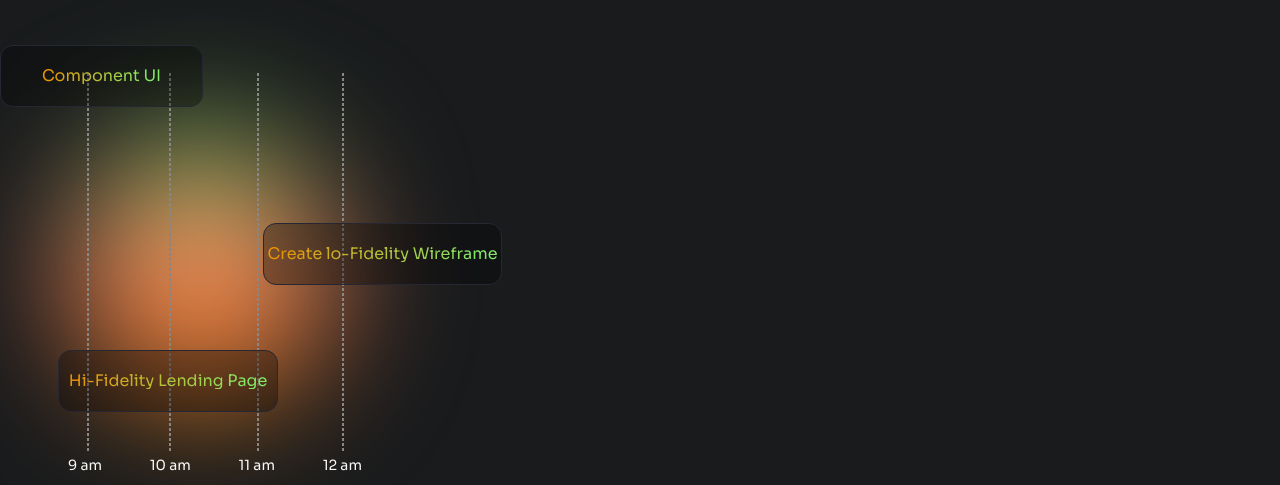
Repository: anhthiethumg/Task_Managerment_Website
Page: index.html
These files come from the project's save history. The page is drawn as it stood at one moment and after the next save; the edit follows.
The browser window is 1280 px wide. The pictures show the part of the page from y = 2400 to 2885 px (the page is 2885 px tall).
A picture or video elsewhere on the page could not be fetched, so the positions and the page height are approximate.

Above is the page before, as saved 2023-07-31 08:55:28.

### index.html
<!DOCTYPE html>
<html lang="en">
  <head>
    <meta charset="UTF-8" />
    <meta name="viewport" content="width=device-width, initial-scale=1.0" />
    <title>Task Managerment Website</title>
    <!-- Reset Css -->
    <link rel="stylesheet" href="./assets/css/reset.css" />

    <!-- CSS -->
    <link rel="stylesheet" href="./assets/css/styles.css" />

    <!-- Embed Font-->

    <link rel="preconnect" href="https://fonts.googleapis.com" />
    <link rel="preconnect" href="https://fonts.gstatic.com" crossorigin />
    <link
      href="https://fonts.googleapis.com/css2?family=Sora:wght@400;600;700;800&display=swap"
      rel="stylesheet"
    />
  </head>
  <body>
    <!-- Header -->
    <section class="header">
      <div class="container">
        <navbar class="row nav">
          <img src="./assets/image/logo.svg" alt="Task." />
          <div class="nav-list">
            <a class="nav-item" href="#!">Home</a>
            <a class="nav-item" href="#!">Products</a>
            <a class="nav-item" href="#!">Guidlines</a>
            <a class="nav-item" href="#!">Guidlines</a>
          </div>
          <button class="btn nav-btn">Sign In</button>
        </navbar>
        <section class="hero">
          <div class="row hero__content">
            <div class="stacked-circles">
              <div class="circles"></div>
              <div class="circles"></div>
              <div class="circles"></div>
              <div class="circles"></div>
            </div>
            <div class="hero--content__heading">
              <h1 class="hero__heading">
                Make <span class="heading__liner">Management</span> Way More
                Easier Than Ever
              </h1>
              <p class="hero__desc section-desc">
                The online collaborative management platform to bring more
                efficiency and performace
              </p>
              <div class="hero-btn row">
                <button type="button" class="btn hero__btn">
                  Request Demo
                </button>
                <button type="button" class="btn hero__btn">Contact Us</button>
              </div>
            </div>
            <div class="stacked-circles">
              <div class="circles"></div>
              <div class="circles"></div>
              <div class="circles"></div>
              <div class="circles"></div>
            </div>
          </div>
          <section class="task-manager row">
            <sidebar class="sidebar">
              <div class="row sidebar__header">
                <img
                  src="./assets/icons/icon-sidebar.svg"
                  alt="icon-sidebar"
                  class="icon__sidebar"
                />
                <img
                  src="./assets/icons/dashboard-icon.svg"
                  alt="dashboard-icon"
                  class="dashboard-icon"
                />
                <h4 class="sidebar__heading">Dashboard</h4>
              </div>
              <div class="sidebar__list">
                <h4 class="sidebar__list--heading">Collections</h4>
                <div class="sidebar__list--item">
                  <h5 class="sidebar__item--content">School</h5>
                </div>
                <div class="sidebar__list--item">
                  <h5 class="sidebar__item--content">Personal</h5>
                </div>
              </div>
            </sidebar>
            <section class="task-manager__section">
              <div class="task__header row">
                <img src="./assets/icons/school.png" alt="Back" class="back" />
                <img
                  src="./assets/icons/contact us icon.png"
                  alt="Contact"
                  class="contact-us"
                />
              </div>
              <div class="task__content row">
                <div class="list--work">
                  <div class="list-sort">Sort</div>
                  <div class="work--item">Finish the Easay collaboration</div>
                  <div class="work--item">Do the math for next monday</div>
                  <div class="work--item">
                    Read the next chapter of the book
                  </div>
                  <div class="work--item">
                    Send the collabaration files to jerusha
                  </div>
                  <div class="work--item">
                    Finish the powerpoint presentation
                  </div>
                  <div class="work--item">Add task</div>
                </div>
                <div class="daily-task">
                  <div class="dailytask__heading">Daily task.</div>
                  <img
                    class="dailytask__img"
                    src="./assets/image/Rectangle 50.png"
                    alt="Daily task"
                  />
                </div>
              </div>
              <div class="card">
                <div class="card__heading">Collections</div>
                <div class="card__list">
                  <div class="card__item">
                    <div class="card__item--icon"></div>
                    <div class="card__item--content">
                      <h4 class="card__item--title">School</h4>
                      <p class="card__item--desc">4 task plus tomorrow.</p>
                    </div>
                  </div>
                  <div class="card__item">
                    <div class="card__item--icon"></div>
                    <div class="card__item--content">
                      <h4 class="card__item--title">Personal</h4>
                      <p class="card__item--desc">1 task plus today.</p>
                    </div>
                  </div>
                  <div class="card__item">
                    <div class="card__item--icon"></div>
                    <div class="card__item--content">
                      <h4 class="card__item--title">Design</h4>
                      <p class="card__item--desc">3 task plus rewt week.</p>
                    </div>
                  </div>
                </div>
              </div>
            </section>
          </section>
        </section>
      </div>
    </section>

    <!-- Main -->
    <main class="main">
      <div class="container">
        <!-- Services -->
        <section class="services">
          <div class="services__icon--list">
            <div class="services__icon--bg">
              <img
                src="./assets/icons/report.png"
                alt="Report"
                class="services__icon"
              />
            </div>
            <img src="./assets/icons/dash line-1.svg" alt="dash-line" />
            <div class="services__icon--bg">
              <img
                src="./assets/icons/server.png"
                alt="Server"
                class="services__icon"
              />
            </div>

            <img src="./assets/icons/dash line-1.svg" alt="dash-line" />
            <div class="services__icon--bg">
              <img
                src="./assets/icons/support.png"
                alt="Support"
                class="services__icon"
              />
            </div>
          </div>
          <div class="services__list row">
            <div class="services__items">
              <h3 class="services__heading">Structured Reports</h3>
              <p class="services__desc">
                Sed rhoncus sit sed tellus donec lorem lectus nunc, ornare
              </p>
            </div>
            <div class="services__items">
              <h3 class="services__heading">Cloud System</h3>
              <p class="services__desc">
                Sed rhoncus sit sed tellus donec lorem lectus nunc, ornare
              </p>
            </div>
            <div class="services__items">
              <h3 class="services__heading">24/7 Support</h3>
              <p class="services__desc">
                Sed rhoncus sit sed tellus donec lorem lectus nunc, ornare
              </p>
            </div>
          </div>
        </section>

        <!-- Static -->

        <section class="static row">
          <section class="static__content">
            <h2 class="static__heading section__heading">
              Okay, <span class="heading__liner">Let’s</span> see D’task in
              numbers
            </h2>
            <p class="static__desc section__desc">
              Powering a productive team means using a powerful tool (and plenty
              of snacks). From meetings and projects to events and goal setting,
              D'taak intuitive features give any team the ability to quickly set
              up and customize workflows for just about anything
            </p>
            <div class="static__dot row">
              <div class="dot"></div>
              <div class="dot"></div>
              <div class="dot"></div>
            </div>
            <div class="static__list row">
              <div class="static__item">
                <div class="static--item__number">12M</div>
                <div class="static--item__title">Support</div>
              </div>
              <div class="static__item">
                <div class="static--item__number">16</div>
                <div class="static--item__title">Active User</div>
              </div>
              <div class="static__item">
                <div class="static--item__number">7/24</div>
                <div class="static--item__title">Languages</div>
              </div>
            </div>
          </section>
          <div class="static__media">
            <img
              class="static--media__bg"
              src="./assets/image/static_background.svg"
              alt="background"
            />
            <div class="dash-shape"></div>
            <div class="dash-shape"></div>
            <div class="dash-shape"></div>
            <div class="dash-shape"></div>
            <!-- <div class="static--media__item row">
              <h3 class="static--media__title ">
                <span class="heading__liner">Online Support</span>
              </h3>
              <img class="static--media__icons" src = "./assets/icons/video-button.svg"/>
            </div>
            <div class="static--media__item row">
              <h3 class="static--media__title ">
                <span class="heading__liner">Exercitation</span>
              </h3>
              <img class="static--media__icons" src = "./assets/icons/Exercitation-icon.svg"/>
            </div>
            <div class="static--media__item row">
              <h3 class="static--media__title ">
                <span class="heading__liner">D’ task</span>
              </h3>
              <img class="static--media__icons" src = "./assets/icons/video-button.svg"/>
            </div>
            <div class="static--media__item row">
              <h3 class="static--media__title ">
                <span class="heading__liner">Design</span>
              </h3>
              <img class="static--media__icons" src = "./assets/icons/video-button.svg"/>
            </div> -->
          </div>
        </section>
      </div>
      <!-- Features -->
      <section class="features">
        <div class="container row">
          <div class="feature__meida">
            <div class="shape--blur"></div>
            <div class = "block--line">
              <div class="dash--line">
                <div class="line"></div>
                <div class="dash-line__content">
                  9 am
                </div>
              </div>
              <div class="dash--line">
                <div class="line"></div>
                <div class="dash-line__content">
                  10 am
                </div>
              </div>
              <div class="dash--line">
                <div class="line"></div>
                <div class="dash-line__content">
                  11 am
                </div>
              </div>
              <div class="dash--line">
                <div class="line"></div>
                <div class="dash-line__content">
                  12 am
                </div>
              </div>
            </div>
            <div class = "feature--btn">
              <div class="feature__btn btn">
                <span class="heading__liner">
                  Component UI
                </span>
              </div>
              <div class="feature__btn btn">
                <span class="heading__liner">
                  Create lo-Fidelity Wireframe
                </span>
              </div>
              <div class="feature__btn btn">
                <span class="heading__liner">
                  Hi-Fidelity Lending Page
                </span>
              </div>
            </div>
          </div>
          <div class="feature__content"></div>
        </div>
      </section>
    </main>
  </body>
</html>

### assets/css/styles.css
* {
  box-sizing: border-box;
}

html {
  font-size: 62.5%;
}

:root {
  color: var(--text-color-gray-2, #282c30);
  color: var(--text-color-white, #f9f9f9);
  color: var(
    --primary-color-leniar-color,
    linear-gradient(90deg, #eb9204 1.67%, #83e868 89.99%)
  );
  color: var(--primary-color-background, #131517);
  color: var(--text-color-dark-blue, #272633);
}

body {
  font-size: 1.6rem;
  font-family: "Sora", sans-serif;
  background: var(--primary-color-background, #131517);
}

/* Common */

a {
  text-decoration: none;
}

.container {
  width: 1144px;
  margin: 0 auto;
}

.row {
  display: flex;
}

.btn {
  width: 110px;
  height: 40px;
  border-radius: 8px;
  border: 1px solid var(--text-color-dark-blue, #272633);
  background: #131517;
  text-align: center;
}

.section__desc {
  color: var(--text-color-gray-1, #858b93);
  text-align: center;
  font-size: 1.6rem;
  font-weight: 400;
  line-height: 1.625;
}

.section__heading {
  color: var(--text-color-white, #f9f9f9);
  font-size: 4rem;
  font-weight: 600;
}
/* Header */

.header {
  margin-top: 40px;
  margin-bottom: 140px;
  padding-top: 10px;
}

/* Navbar */

.nav {
  justify-content: space-between;
  align-items: center;
  height: 40px;
  margin-bottom: 157px;
}

.nav-item {
  margin-right: 36px;
  color: var(--text-color-gray-1, #858b93);
  font-size: 1.6rem;
  font-weight: 400;
  line-height: 1.5;
}

.nav-item:hover {
  color: var(--text-color-white, #f9f9f9);
  text-decoration: underline;
}

.nav-btn {
  background: var(
    --primary-color-leniar-color,
    linear-gradient(90deg, #eb9204 1.67%, #83e868 89.99%)
  );
  background-clip: text;
  -webkit-background-clip: text;
  -webkit-text-fill-color: transparent;
  font-size: 1.6rem;
  font-weight: 400;
  line-height: 1.5;
}

/* hero-content */
.hero__content {
  padding: 0 25px;
  justify-content: space-between;
}
.hero__heading {
  margin: 0 auto 34px;
  width: 783px;
  color: var(--text-color-white, #f9f9f9);
  text-align: center;
  font-size: 6rem;
  font-weight: 700;
  line-height: 1.17;
}

.heading__liner {
  background: var(
    --primary-color-leniar-color,
    linear-gradient(90deg, #eb9204 1.67%, #83e868 89.99%)
  );
  background-clip: text;
  -webkit-background-clip: text;
  -webkit-text-fill-color: transparent;
}

.hero__desc {
  width: 447px;
  margin: 0 auto 44px;
}

.hero-btn {
  justify-content: center;
  gap: 30px;
}

.hero__btn {
  margin-bottom: 111px;
  width: 199px;
  height: 54px;
  color: var(--text-color-white, #f9f9f9);
  font-size: 1.6rem;
  font-weight: 400;
  line-height: 1.625;
}

.hero__btn:hover {
  background: var(
    --primary-color-leniar-color,
    linear-gradient(90deg, #eb9204 1.67%, #83e868 89.99%)
  );
}

/* hero circle */

.stacked-circles {
  display: flex;
  flex-direction: column;
  align-items: center;
  margin-top: -75px;
}

.circles {
  fill: linear-gradient(180deg, #111118 4.96%, rgba(43, 43, 61, 0) 100%);
  box-shadow: 0px 39px 31px 0px #313141 inset;
  border-radius: 50%;
}
.circles:first-child {
  width: 121px;
  height: 121px;
  margin-bottom: 41px;
}

.circles:nth-child(2) {
  width: 39px;
  height: 39px;
  margin-bottom: 36px;
}

.circles:nth-child(3) {
  width: 25px;
  height: 25px;
  margin-bottom: 39px;
}

.circles:last-child {
  width: 14px;
  height: 14px;
  flex-shrink: 0;
}

/* task manager */

.task-manager {
  width: 848px;
  height: 366px;
  border-radius: 8px 8px 0px 0px;
  background: #1f2326;
  margin-left: 180px;
}

.sidebar {
  padding: 18px 0 0 16px;
}

.sidebar__header {
  width: 192px;
  height: 39px;
  align-items: center;
}

.icon__sidebar {
  width: 9px;
  height: 9px;
  margin-right: 25px;
}

.dashboard-icon {
  width: 13px;
  height: 11px;
  margin-right: 17px;
}

.sidebar__heading {
  color: #98989c;
  font-size: 1.4rem;
  font-weight: 600;
}

.sidebar__list--heading {
  margin: 15px 0 15px;
  color: var(--text-color-white, #f9f9f9);
  font-size: 1.4rem;
  font-weight: 600;
}

.sidebar__list--item {
  width: 192px;
  height: 39px;
  display: flex;
  align-items: center;
}

.sidebar__list--item:hover {
  background: #2b2d2f;
}
.sidebar__item--content {
  color: var(--text-color-gray-1, #858b93);
  font-size: 1.2rem;
  font-weight: 600;
  opacity: 0.6000000238418579;
  display: flex;
  align-items: center;
}

.sidebar__item--content::before {
  display: inline-block;
  content: " ";
  width: 17px;
  height: 17px;
  border-radius: 5px;
  background: #ae8ff9;
  margin-right: 10px;
}

.task-manager__section {
  position: relative;
  margin-top: 28px;
  margin-right: 15px;
  background: #0d1012;
  width: 100%;
  padding: 30px;
}

.task__header {
  margin-left: 140px;
  justify-content: space-between;
}

.list--work {
  width: 362px;
  margin-right: 52px;
}

.list-sort {
  color: #838386;
  font-size: 1.2rem;
  font-weight: 400;
  text-align: right;
  height: 30px;
}

.list-sort::before {
  display: inline-block;
  content: " ";
  width: 10px;
  height: 5px;
  border-radius: 5px;
  margin-right: 10px;
  background-image: url(../icons/sort.svg);
  margin-left: 10px;
}
.work--item {
  display: flex;
  align-items: center;
  margin-bottom: 10px;
  width: 100%;
  height: 30px;
  border-radius: 10px;
  background: #14181b;
  color: #9ea1a7;
  font-size: 1rem;
  font-weight: 300;
}

.work--item:before {
  display: inline-block;
  content: " ";
  width: 14px;
  height: 14px;
  border-radius: 5px;
  margin-right: 10px;
  background-image: url(../icons/check.svg);
  margin-left: 10px;
}

.work--item:last-child:before {
  background-image: url(../icons/add.svg);
}

.dailytask__heading {
  color: var(--text-color-white, #f9f9f9);
  font-size: 1.4rem;
  font-weight: 400;
  margin-bottom: 20px;
}

.dailytask__img {
  width: 167px;
  height: 218px;
  flex-shrink: 0;
  border-radius: 17px;
  background: rgba(13, 16, 18, 0.24);
}

.card {
  position: absolute;
  width: 216px;
  height: 335px;
  border-radius: 15px 15px 22px 22px;
  background: #0d1012;
  padding: 26px 15px;
  left: -295px;
  top: 150px;
}

.card__heading {
  color: #f9f9f9;
  font-size: 1.4rem;
  font-weight: 600;
  margin-left: 10px;
  margin-bottom: 21px;
}

.card__item {
  display: flex;
  align-items: center;
  width: 188px;
  height: 78px;
  border-radius: 13px;
  background: #14181b;
  margin-bottom: 8px;
}
.card__item--icon {
  width: 33px;
  height: 33px;
  border-radius: 12px;
  margin: 12px;
}

.card__item:first-child .card__item--icon {
  background: var(--primary-color-dark-orange, #ff7667);
}

.card__item:nth-child(2) .card__item--icon {
  background: var(--primary-color-blue, #ae8ff9);
}

.card__item:last-child .card__item--icon {
  background: var(--primary-color-green, #0cce84);
}

.card__item--title {
  color: #fff;
  font-size: 1.4rem;
  font-weight: 600;
  margin-bottom: 3px;
}

.card__item--desc {
  color: var(--text-color-gray-1, #858b93);
  font-size: 1rem;
  font-weight: 400;
}

/* services */

.services {
  padding: 41px 50px 53px 50px;
  margin-top: 286px;
  margin-bottom: 140px;
  width: 1096px;
  height: 331px;
  border-radius: 27px;
  background: var(--text-color-gray-2, #282c30);
}

.services__icon--list {
  display: flex;
  align-items: center;
  justify-content: space-around;
  margin: 30px 50px;
}

.services__icon--bg {
  background: var(--primary-color-green, #0cce84);
  width: 62px;
  height: 62px;
  border-radius: 50%;
  display: flex;
  align-items: center;
  justify-content: center;
}

.services__icon--bg:nth-child(2) {
  background: var(--primary-color-dark-yellow, #ef8f00);
}

.services__icon--bg:last-child {
  background: var(--primary-color-blue, #ae8ff9);
}
.services__icon {
  width: 32px;
  height: 32px;
}

.services__list {
  justify-content: space-between;
}

.services__items {
  width: 238px;
  text-align: center;
}

.services__heading {
  color: var(--text-color-white, #f9f9f9);
  font-size: 2.2rem;
  font-weight: 600;
  line-height: 1.45;
}

.services__desc {
  color: #858b93;
  font-size: 1.6rem;
  font-weight: 400;
  line-height: 1.625;
}

/* Static */
.static__content {
  width: 537px;
  margin-bottom: 140px;
}
.static__heading {
  width: 368px;
  margin-bottom: 22px;
}

.static__desc {
  width: 537px;
  height: 106px;
  text-align: left;
  margin-bottom: 86px;
}

.static__dot {
  gap: 6px;
  justify-content: center;
  margin-bottom: 28px;
  margin-left: -105px;
}
.dot {
  width: 6px;
  height: 6px;
  border-radius: 50%;
  background: #838386;
}

.dot:nth-child(2) {
  background: #ef8f00;
}

.static__list {
  gap: 17px;
}
.static__item {
  text-align: center;
  padding-top: 21px;
  width: 132px;
  height: 127px;
  border-radius: 9px;
  background: var(--text-color-dark-blue, #272633);
}

.static__item:nth-child(odd) {
  margin-top: -30px;
}

.static__item:nth-child(2) {
  background: linear-gradient(
    191deg,
    #c4f566 7.35%,
    #ae8ef9 28.41%,
    #ef8f00 60.81%,
    #61e559 100%
  );
}

.static__item:nth-child(2) .static--item__title {
  color: var(--text-color-white, #f9f9f9);
}
.static--item__number {
  color: var(--text-color-white, #f9f9f9);
  font-size: 3rem;
  font-weight: 600;
  margin-bottom: 16px;
}

.static--item__title {
  color: var(--text-color-gray-1, #858b93);
  font-size: 1.6rem;
  font-weight: 400;
  line-height: 1.625;
}

.static__media {
  position: relative;
}

.static--media__bg {
  position: absolute;
}
.dash-shape {
  position: absolute;
  width: 455px;
  height: 455px;
  border-radius: 455px;
  border: 2px dashed #2f2f2f;
  top: 50px;
  left: 50px;
}

.dash-shape:nth-child(2) {
  width: 336px;
  height: 336px;
  top: 110px;
  left: 110px;
}

.dash-shape:nth-child(3) {
  width: 209px;
  height: 209px;
  background: #6aea5c;
  opacity: 0.5;
  border: 2px solid #6aea5c;
  top: 170px;
  left: 170px;
}

.dash-shape:nth-child(4) {
  width: 137px;
  height: 137px;
  background: #6aea5c;
  border: 2px solid #6aea5c;
  top: 205px;
  left: 205px;
}
/*
.static--media__item {
  position: absolute;
  justify-content: space-between;
  align-items: center;
  width: 225px;
  height: 61px;
  border-radius: 5px;
  background: #27292c;
  padding: 20px;

}

.static--media__item:nth-child(1) {
  top: 50px;
  left: 150px;
}
.static--media__item:nth-child(2) {
  top: 450px;
  left: 150px;
}
.static--media__item:nth-child(3) {
  top: 150px;
  left: 10px;
}
.static--media__item:nth-child(4) {
  top: 150px;
  left: 150px;
} */

/* Feature */
.features {
  background: #191b1d;
  padding: 153px 0 85px 0;
}

.feature__meida {
  position: relative;
}
.shape--blur {
  width: 267px;
  height: 267px;
  border-radius: 267px;
  background: linear-gradient(180deg, #6aea5c 0%, #fd7566 48.53%, #ef8f00 100%);
  filter: blur(66px);
}

.block--line {
  position: absolute;
  top: -60px;
  width: 294px;
  height: 378px;
  display: flex;
  justify-content: space-between;
}

.line {
  height: 100%;
  width: 1px;
  border: 1px dashed #888787;
  align-items: center;
  margin-left: 19px;
  margin-bottom: 7px;
}

.dash-line__content {
  color: #f9f9f9;
  font-size: 1.4rem;
  font-weight: 400;
}

.feature--btn {
  position: relative;
}

.feature__btn {
  position: absolute;
  border-radius: 13px;
  height: 62px;
  background: rgba(0, 0, 0, 0.32);
  display: flex;
  justify-content: center;
  align-items: center;
}

.feature__btn:nth-child(1) {
  top: -355px;
  left: -68px;
  width: 203px;
}

.feature__btn:nth-child(2) {
  width: 239px;
  top: -177px;
  left: 195px;
}
.feature__btn:nth-child(3) {
  width: 220px;
  top: -50px;
  left: -10px;
}

Loaded but not shown: assets/css/reset.css (common file)

After the next save:
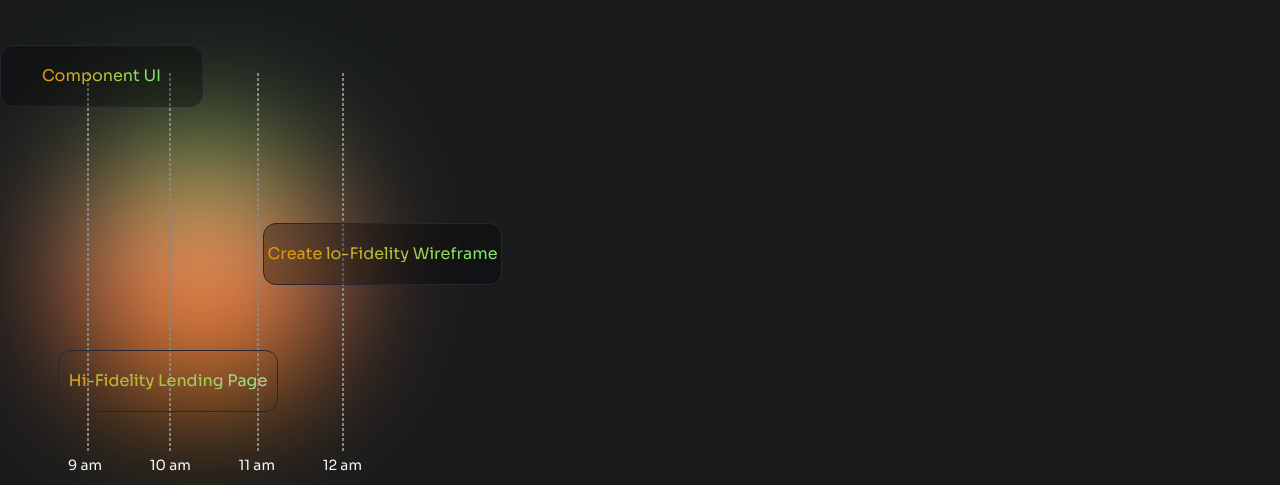
Saved 25 s later.
--- a/assets/css/styles.css
+++ b/assets/css/styles.css
@@ -690,4 +690,8 @@
   width: 220px;
   top: -50px;
   left: -10px;
-}
+  background: linear-gradient(90deg, #0cce84 0%, #ff2eb8 94.43%);
+  background-clip: text;
+  -webkit-background-clip: text;
+  -webkit-text-fill-color: transparent;
+}

After the save that followed:
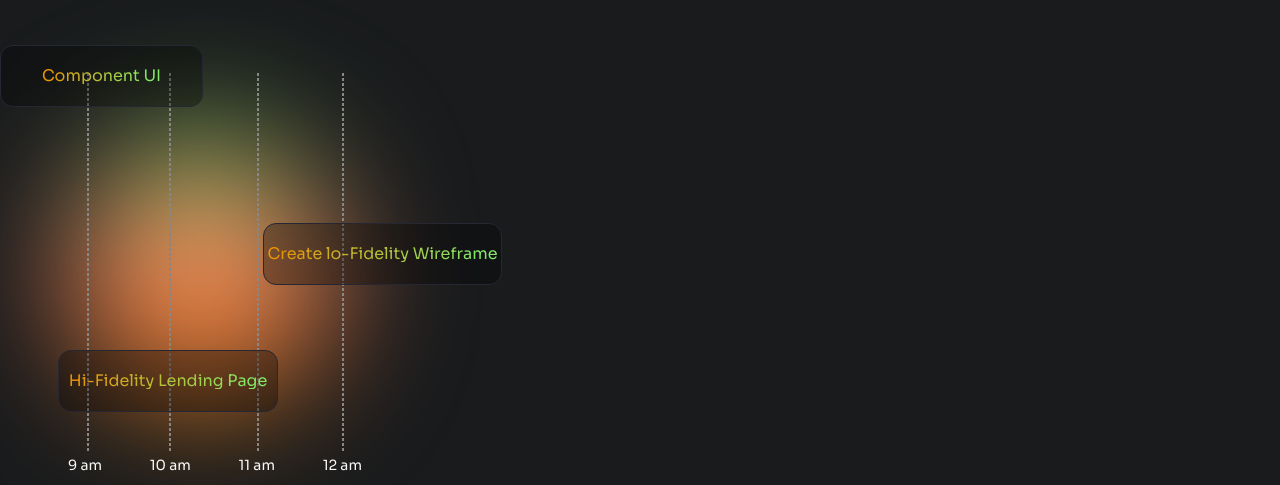
Saved 41 s later.
--- a/assets/css/styles.css
+++ b/assets/css/styles.css
@@ -690,8 +690,4 @@
   width: 220px;
   top: -50px;
   left: -10px;
-  background: linear-gradient(90deg, #0cce84 0%, #ff2eb8 94.43%);
-  background-clip: text;
-  -webkit-background-clip: text;
-  -webkit-text-fill-color: transparent;
-}
+}
